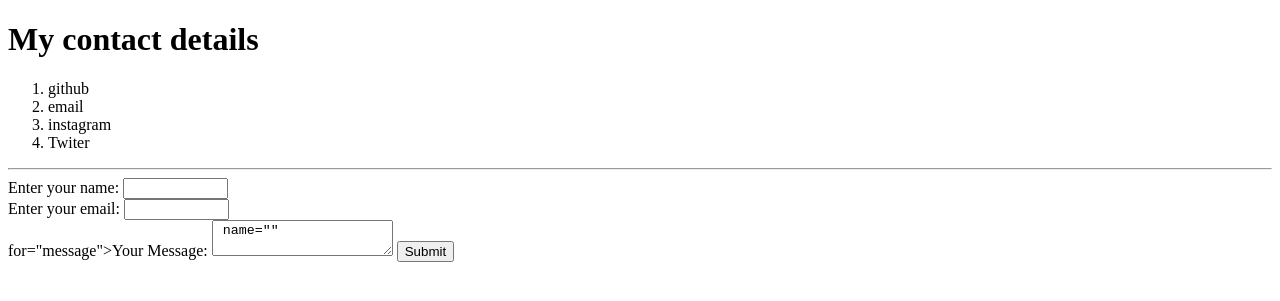
Repository: ew-code/Web-Development
Page: HTML - Personal Site/contact.html
These files come from the project's save history. The page is drawn as it stood at one moment and after the next save; the edit follows.
The browser window is 1280 px wide. The pictures show the whole page.

Above is the page before, as saved 2021-01-04 23:59:02.

### HTML - Personal Site/contact.html
<!DOCTYPE html>
<html lang="en">

<head>
  <meta charset="UTF-8">
  <meta name="viewport" content="width=device-width, initial-scale=1.0">
  <meta http-equiv="X-UA-Compatible" content="ie=edge">
  <title>Contact me</title>
</head>

<body>
  <h1>My contact details</h1>
  <ol>
    <li>github</li>
    <li>email</li>
    <li>instagram</li>
    <li>Twiter</li>
  </ol>
<hr>
  <form action="mailto:e.wesol@hotmail.com" method="post">
    <label for="name">Enter your name:</label>
    <input type="text" name="name" id="name" minlength="4" maxlength="50" size="10"><br>
    <label for="email">Enter your email:</label>
    <input type="email" name="email" id="email" minlength="4" maxlength="50" size="10"><br>
    <label> for="message">Your Message:</label>
    <textarea> name=""  </textarea>
    <input type="submit">
  </form>

</body>

</html>

After the next save:
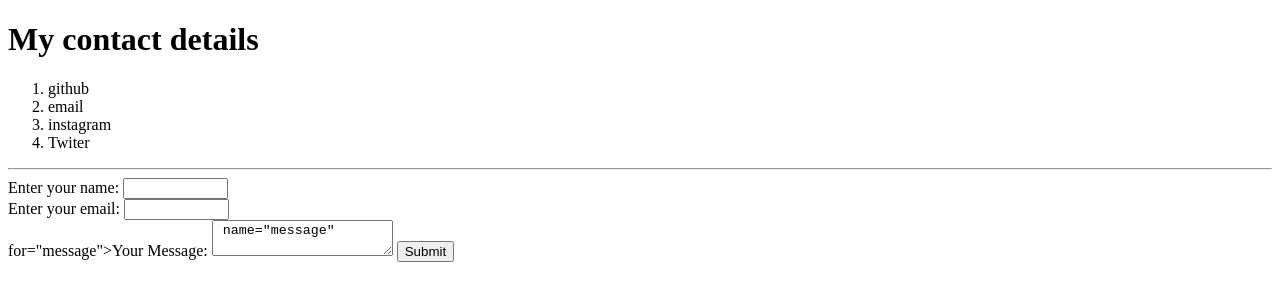
Saved 8 s later.
--- a/HTML - Personal Site/contact.html
+++ b/HTML - Personal Site/contact.html
@@ -23,7 +23,7 @@
     <label for="email">Enter your email:</label>
     <input type="email" name="email" id="email" minlength="4" maxlength="50" size="10"><br>
     <label> for="message">Your Message:</label>
-    <textarea> name=""  </textarea>
+    <textarea> name="message"  </textarea>
     <input type="submit">
   </form>
 
